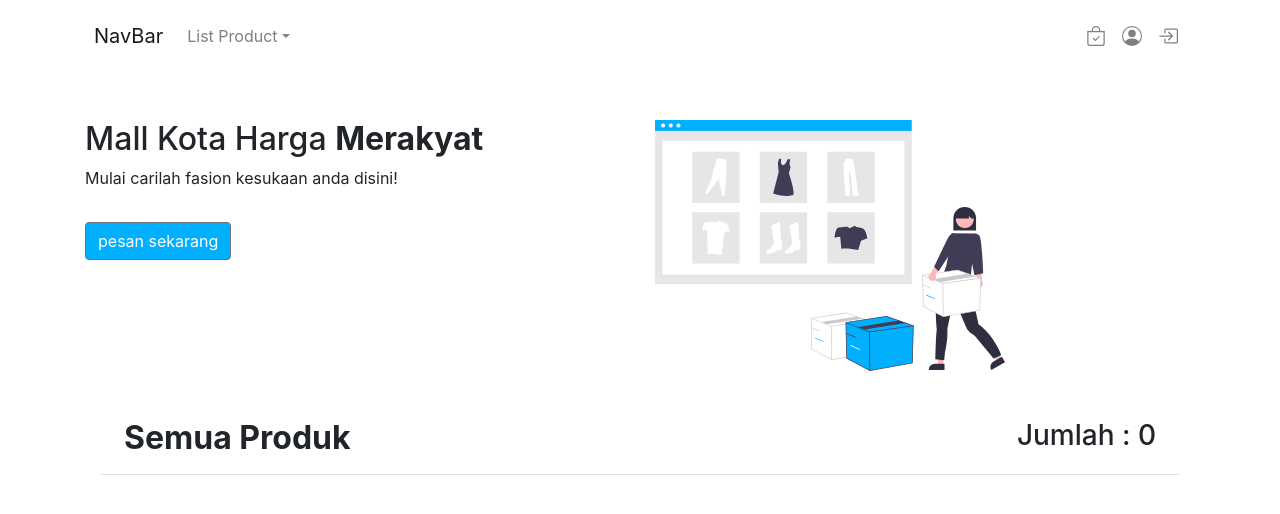
Repository: AHSANS354/ecommerce-catalog
Page: /
An editor plug-in stored every save of this project. The page is shown before and after the next save, followed by the edit.
The browser window is 1280 px wide. The pictures show the whole page.
The page's requests for data from a server got no answer. The project was rebuilt for these pictures with package versions that can differ from the ones it lists, and the page was loaded fresh each time. No one was signed in, and anything a server would have sent is missing. Also part of the build but not shown: vue.config.js, src/components/CardProduct.vue.

Above is the page before, as saved 2023-03-01 22:45:10.

After the next save:
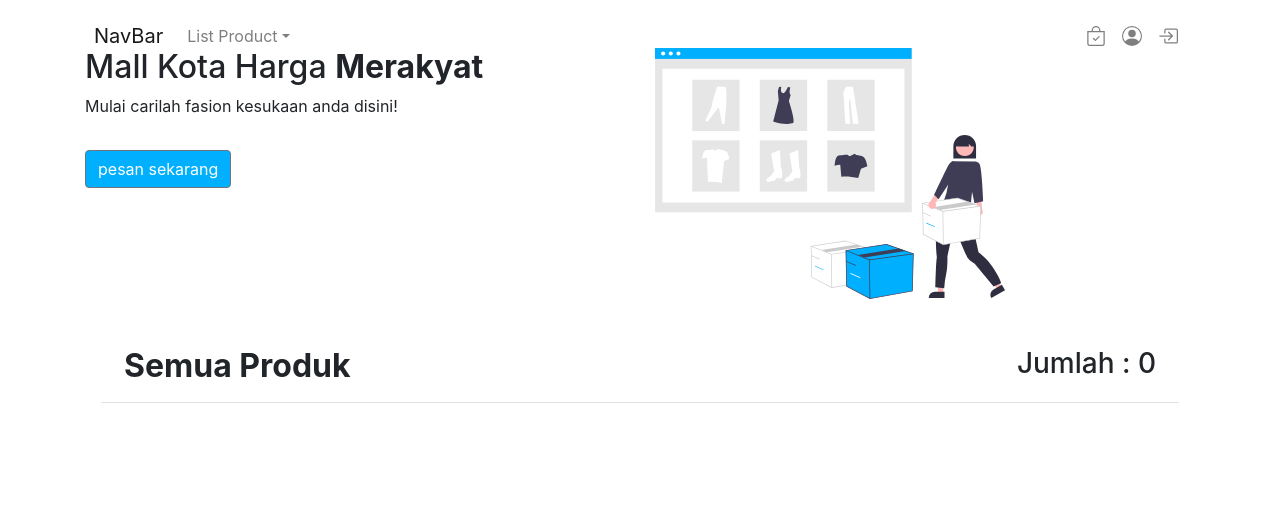
Saved 25 s later.
--- a/src/components/NavbarView.vue
+++ b/src/components/NavbarView.vue
@@ -1,5 +1,5 @@
 <template>
-  <div class="container p-2">
+  <div class="container p-2 fixed-top">
     <b-navbar toggleable="lg" type="light">
       <router-link class="navbar-brand" to="/">NavBar</router-link>
 
